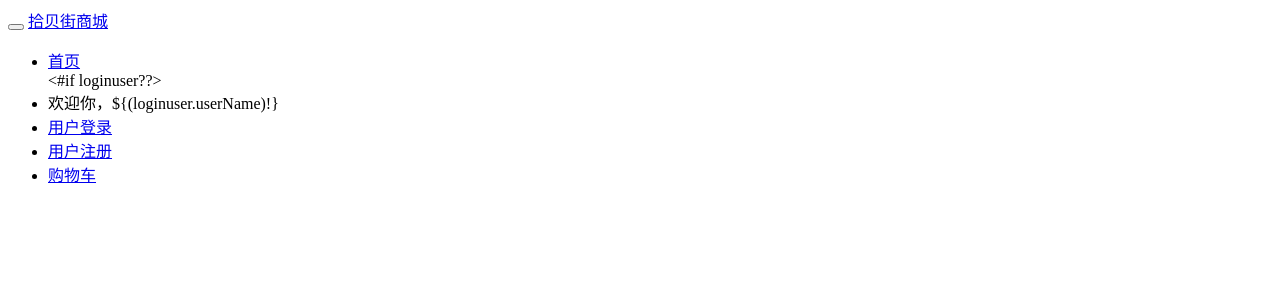
Repository: oswaldcheng/shopSystem
Page: shibeijie/src/main/resources/web/front/navigator.html
These files come from the project's save history. The page is drawn as it stood at one moment and after the next save; the edit follows.
The browser window is 1280 px wide. The pictures show the whole page.

Above is the page before, as saved 2019-03-03 06:11:12.

### shibeijie/src/main/resources/web/front/navigator.html
<!DOCTYPE html>
<html>
<head>
<meta charset="UTF-8">
<title>导航栏</title>
</head>
<body>
<section id="navbar">
		<nav class="navbar navbar-default navbar-fixed-top">
			<div class="container">
				<div class="navbar-header">
					<button type="button" class="navbar-toggle collapsed"
						data-toggle="collapse" data-target="#bs" aria-expanded="false">
						<span class="sr-only"></span> <span class="icon-bar"></span> <span
							class="icon-bar"></span> <span class="icon-bar"></span>
					</button>
					<a class="navbar-brand" href="#">拾贝街商城</a>
				</div>
				<div class="collapse navbar-collapse" id="bs">
					<ul class="nav navbar-nav navbar-right">
					<li><a href="/index">首页</a></li>
					<#if loginuser??>
						<li><a>欢迎你，${(loginuser.userName)!}</a></li>
						<li><a href="/logout>注销</a></li>
						<li><a>我的订单</a></li>
						<#else>
						<li><a href="/login">用户登录 </a></li>
						<li><a href="reg.html">用户注册</a></li>
					</#if>
						<li><a href="/cart/show"><span
								class="glyphicon glyphicon-shopping-cart"></span> 购物车</a></li>
					</ul>
				</div>
			</div>
		</nav>
	</section>
</body>
</html>

After the next save:
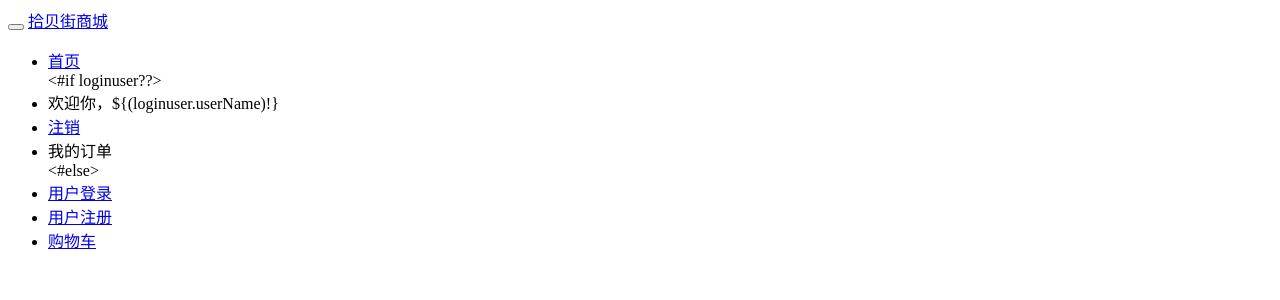
Saved 64 s later.
--- a/shibeijie/src/main/resources/web/front/navigator.html
+++ b/shibeijie/src/main/resources/web/front/navigator.html
@@ -21,7 +21,7 @@
 					<li><a href="/index">首页</a></li>
 					<#if loginuser??>
 						<li><a>欢迎你，${(loginuser.userName)!}</a></li>
-						<li><a href="/logout>注销</a></li>
+						<li><a href="/logout">注销</a></li>
 						<li><a>我的订单</a></li>
 						<#else>
 						<li><a href="/login">用户登录 </a></li>
